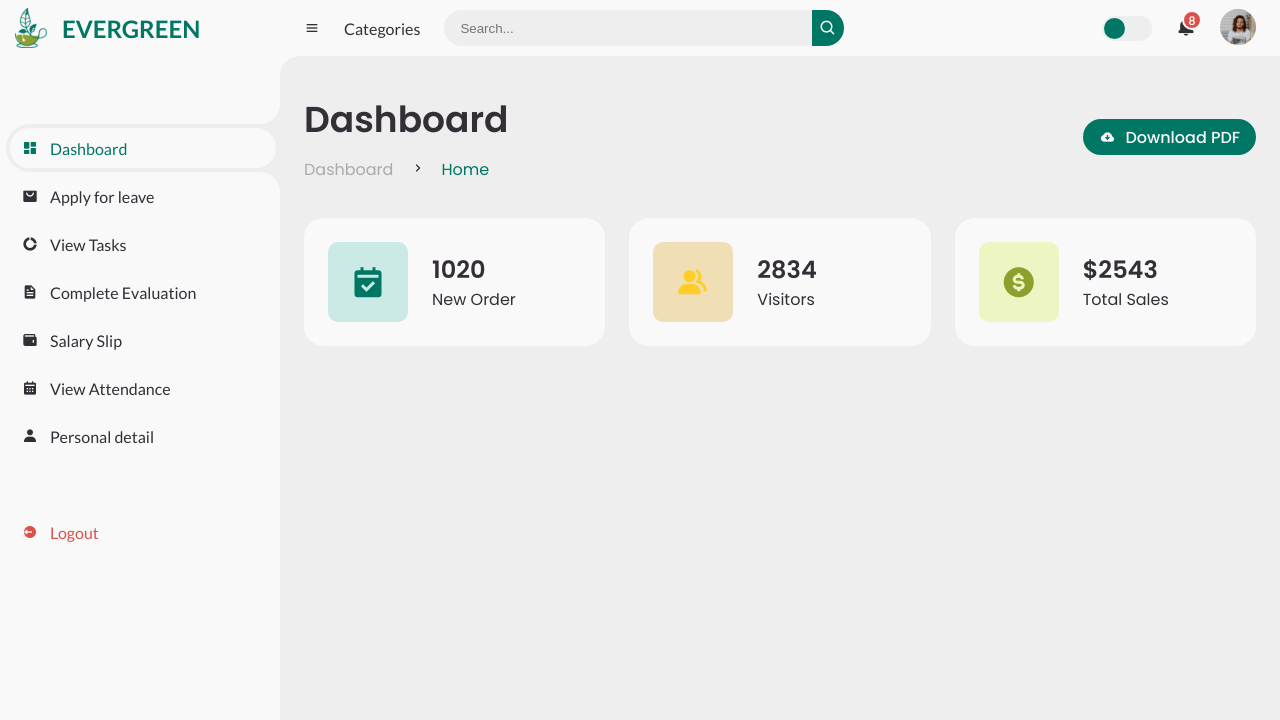
Repository: EverGreen-Group/Employee-Management
Page: http://localhost/project-root/
The author's editor kept a copy of each file at every save. The page is drawn from the files as they stood at one save, then again after the next save.
The browser window is 1280 px wide. The pictures show the whole page.
An inner scrolling area shows only its first screen. The page is run by PHP 8.4 with error messages shown; the project is at /var/www/html/.

Above is the page before, as saved 2024-09-10 07:00:27.

After the next save:
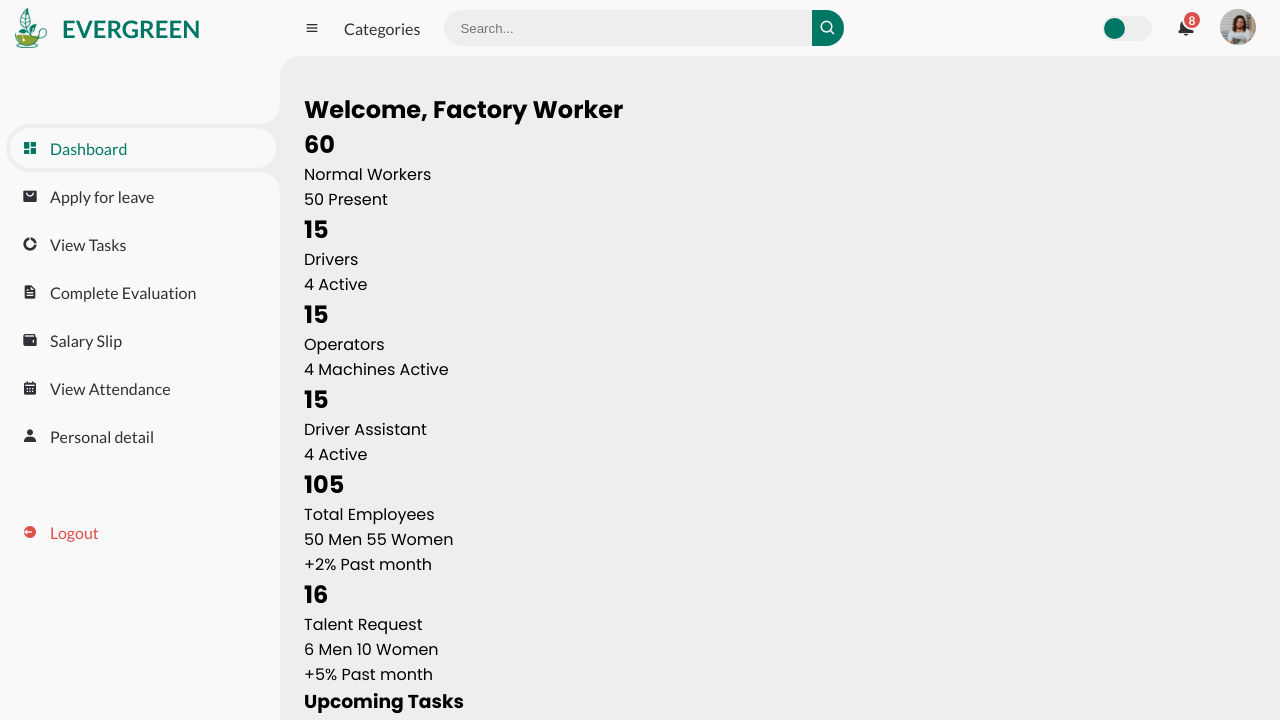
Saved 106 s later.
--- a/views/pages/dashboard.php
+++ b/views/pages/dashboard.php
@@ -1,45 +1,92 @@
-<!-- views/pages/dashboard.php -->
-<div class="head-title">
-    <div class="left">
-        <h1>Dashboard</h1>
-        <ul class="breadcrumb">
+<h1>Welcome, Factory Worker</h1>
+
+<div class="dashboard-grid">
+    <div class="worker-stats">
+        <div class="stat-box normal-workers">
+            <h2>60</h2>
+            <p>Normal Workers</p>
+            <span class="sub-stat">50 Present</span>
+        </div>
+        <div class="stat-box drivers">
+            <h2>15</h2>
+            <p>Drivers</p>
+            <span class="sub-stat">4 Active</span>
+        </div>
+        <div class="stat-box operators">
+            <h2>15</h2>
+            <p>Operators</p>
+            <span class="sub-stat">4 Machines Active</span>
+        </div>
+        <div class="stat-box driver-assistant">
+            <h2>15</h2>
+            <p>Driver Assistant</p>
+            <span class="sub-stat">4 Active</span>
+        </div>
+    </div>
+
+    <div class="total-employees">
+        <h2>105</h2>
+        <p>Total Employees</p>
+        <div class="employee-breakdown">
+            <span>50 Men</span>
+            <span>55 Women</span>
+        </div>
+        <div class="growth-rate">+2% Past month</div>
+        <!-- Add graph component here -->
+    </div>
+
+    <div class="talent-request">
+        <h2>16</h2>
+        <p>Talent Request</p>
+        <div class="talent-breakdown">
+            <span>6 Men</span>
+            <span>10 Women</span>
+        </div>
+        <div class="growth-rate">+5% Past month</div>
+        <!-- Add graph component here -->
+    </div>
+
+    <div class="upcoming-tasks">
+        <h3>Upcoming Tasks</h3>
+        <span class="date">Today, 13 Sep 2021</span>
+        <ul>
+            <li class="priority">
+                <span>Tea leaves withering</span>
+                <span class="time">Today, 11:30 AM</span>
+            </li>
             <li>
-                <a href="#">Dashboard</a>
+                <span>Tea Leaves Rolling</span>
+                <span class="time">Today, 10:30 AM</span>
             </li>
-            <li><i class='bx bx-chevron-right'></i></li>
             <li>
-                <a class="active" href="#">Home</a>
+                <span>Tea Leaves Oxidation</span>
+                <span class="time">Today, 09:15 AM</span>
+            </li>
+            <li>
+                <span>Tea Leaves Firing</span>
+                <span class="time">Today, 11:30 AM</span>
             </li>
         </ul>
+        <a href="#" class="view-more">View More</a>
     </div>
-    <a href="#" class="btn-download">
-        <i class='bx bxs-cloud-download'></i>
-        <span class="text">Download PDF</span>
-    </a>
+
+    <div class="announcements">
+        <h3>Announcement</h3>
+        <span class="date">Today, 13 Sep 2021</span>
+        <ul>
+            <li>
+                <span>Leaf Collecting needed assigned driver #4545</span>
+                <span class="time">2 Minutes ago</span>
+            </li>
+            <li>
+                <span>Machine Working #7878</span>
+                <span class="time">Yesterday, 12:30 PM</span>
+            </li>
+            <li>
+                <span>Worker drying and sorting #3434</span>
+                <span class="time">Yesterday, 09:15 AM</span>
+            </li>
+        </ul>
+        <a href="#" class="see-all">See All Announcement</a>
+    </div>
 </div>
-
-<ul class="box-info">
-    <li>
-        <i class='bx bxs-calendar-check'></i>
-        <span class="text">
-            <h3>1020</h3>
-            <p>New Order</p>
-        </span>
-    </li>
-    <li>
-        <i class='bx bxs-group'></i>
-        <span class="text">
-            <h3>2834</h3>
-            <p>Visitors</p>
-        </span>
-    </li>
-    <li>
-        <i class='bx bxs-dollar-circle'></i>
-        <span class="text">
-            <h3>$2543</h3>
-            <p>Total Sales</p>
-        </span>
-    </li>
-</ul>
-
-<!-- Add the rest of your dashboard content here -->

After the save that followed:
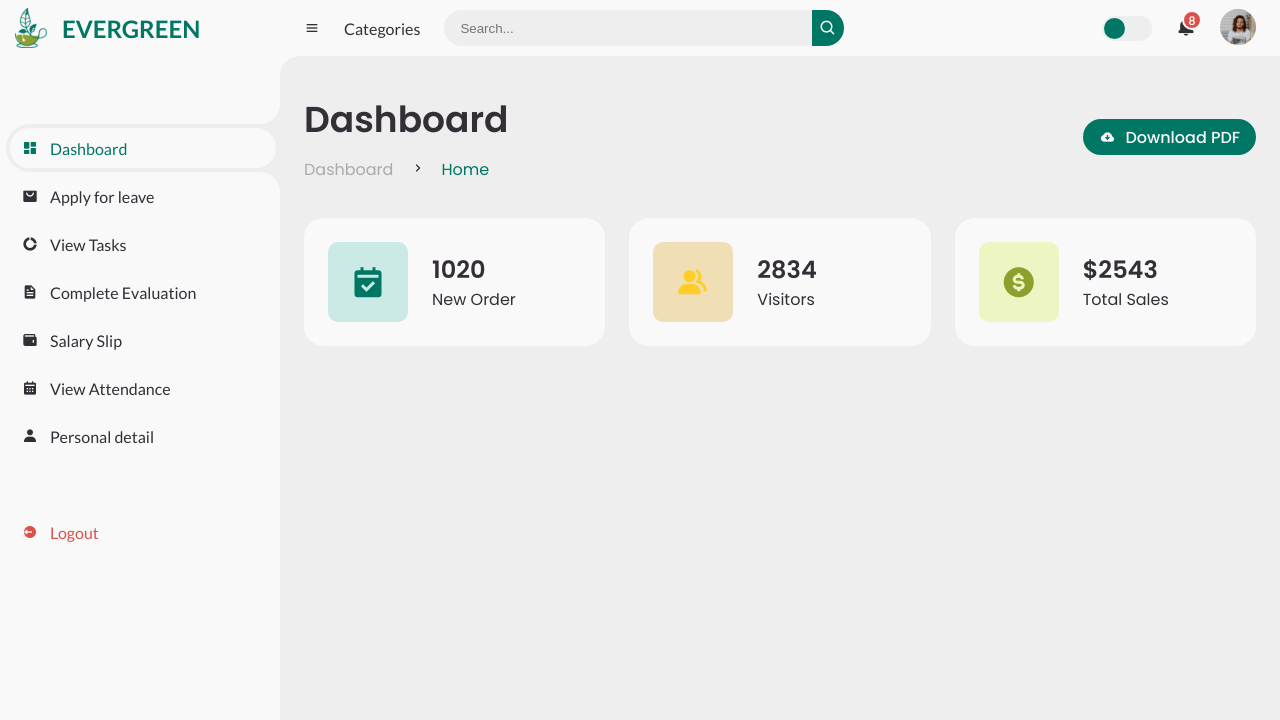
Saved 18 s later.
--- a/views/pages/dashboard.php
+++ b/views/pages/dashboard.php
@@ -1,92 +1,45 @@
-<h1>Welcome, Factory Worker</h1>
-
-<div class="dashboard-grid">
-    <div class="worker-stats">
-        <div class="stat-box normal-workers">
-            <h2>60</h2>
-            <p>Normal Workers</p>
-            <span class="sub-stat">50 Present</span>
-        </div>
-        <div class="stat-box drivers">
-            <h2>15</h2>
-            <p>Drivers</p>
-            <span class="sub-stat">4 Active</span>
-        </div>
-        <div class="stat-box operators">
-            <h2>15</h2>
-            <p>Operators</p>
-            <span class="sub-stat">4 Machines Active</span>
-        </div>
-        <div class="stat-box driver-assistant">
-            <h2>15</h2>
-            <p>Driver Assistant</p>
-            <span class="sub-stat">4 Active</span>
-        </div>
-    </div>
-
-    <div class="total-employees">
-        <h2>105</h2>
-        <p>Total Employees</p>
-        <div class="employee-breakdown">
-            <span>50 Men</span>
-            <span>55 Women</span>
-        </div>
-        <div class="growth-rate">+2% Past month</div>
-        <!-- Add graph component here -->
-    </div>
-
-    <div class="talent-request">
-        <h2>16</h2>
-        <p>Talent Request</p>
-        <div class="talent-breakdown">
-            <span>6 Men</span>
-            <span>10 Women</span>
-        </div>
-        <div class="growth-rate">+5% Past month</div>
-        <!-- Add graph component here -->
-    </div>
-
-    <div class="upcoming-tasks">
-        <h3>Upcoming Tasks</h3>
-        <span class="date">Today, 13 Sep 2021</span>
-        <ul>
-            <li class="priority">
-                <span>Tea leaves withering</span>
-                <span class="time">Today, 11:30 AM</span>
+<!-- views/pages/dashboard.php -->
+<div class="head-title">
+    <div class="left">
+        <h1>Dashboard</h1>
+        <ul class="breadcrumb">
+            <li>
+                <a href="#">Dashboard</a>
             </li>
+            <li><i class='bx bx-chevron-right'></i></li>
             <li>
-                <span>Tea Leaves Rolling</span>
-                <span class="time">Today, 10:30 AM</span>
-            </li>
-            <li>
-                <span>Tea Leaves Oxidation</span>
-                <span class="time">Today, 09:15 AM</span>
-            </li>
-            <li>
-                <span>Tea Leaves Firing</span>
-                <span class="time">Today, 11:30 AM</span>
+                <a class="active" href="#">Home</a>
             </li>
         </ul>
-        <a href="#" class="view-more">View More</a>
     </div>
+    <a href="#" class="btn-download">
+        <i class='bx bxs-cloud-download'></i>
+        <span class="text">Download PDF</span>
+    </a>
+</div>
 
-    <div class="announcements">
-        <h3>Announcement</h3>
-        <span class="date">Today, 13 Sep 2021</span>
-        <ul>
-            <li>
-                <span>Leaf Collecting needed assigned driver #4545</span>
-                <span class="time">2 Minutes ago</span>
-            </li>
-            <li>
-                <span>Machine Working #7878</span>
-                <span class="time">Yesterday, 12:30 PM</span>
-            </li>
-            <li>
-                <span>Worker drying and sorting #3434</span>
-                <span class="time">Yesterday, 09:15 AM</span>
-            </li>
-        </ul>
-        <a href="#" class="see-all">See All Announcement</a>
-    </div>
-</div>
+<ul class="box-info">
+    <li>
+        <i class='bx bxs-calendar-check'></i>
+        <span class="text">
+            <h3>1020</h3>
+            <p>New Order</p>
+        </span>
+    </li>
+    <li>
+        <i class='bx bxs-group'></i>
+        <span class="text">
+            <h3>2834</h3>
+            <p>Visitors</p>
+        </span>
+    </li>
+    <li>
+        <i class='bx bxs-dollar-circle'></i>
+        <span class="text">
+            <h3>$2543</h3>
+            <p>Total Sales</p>
+        </span>
+    </li>
+</ul>
+
+<!-- Add the rest of your dashboard content here -->
